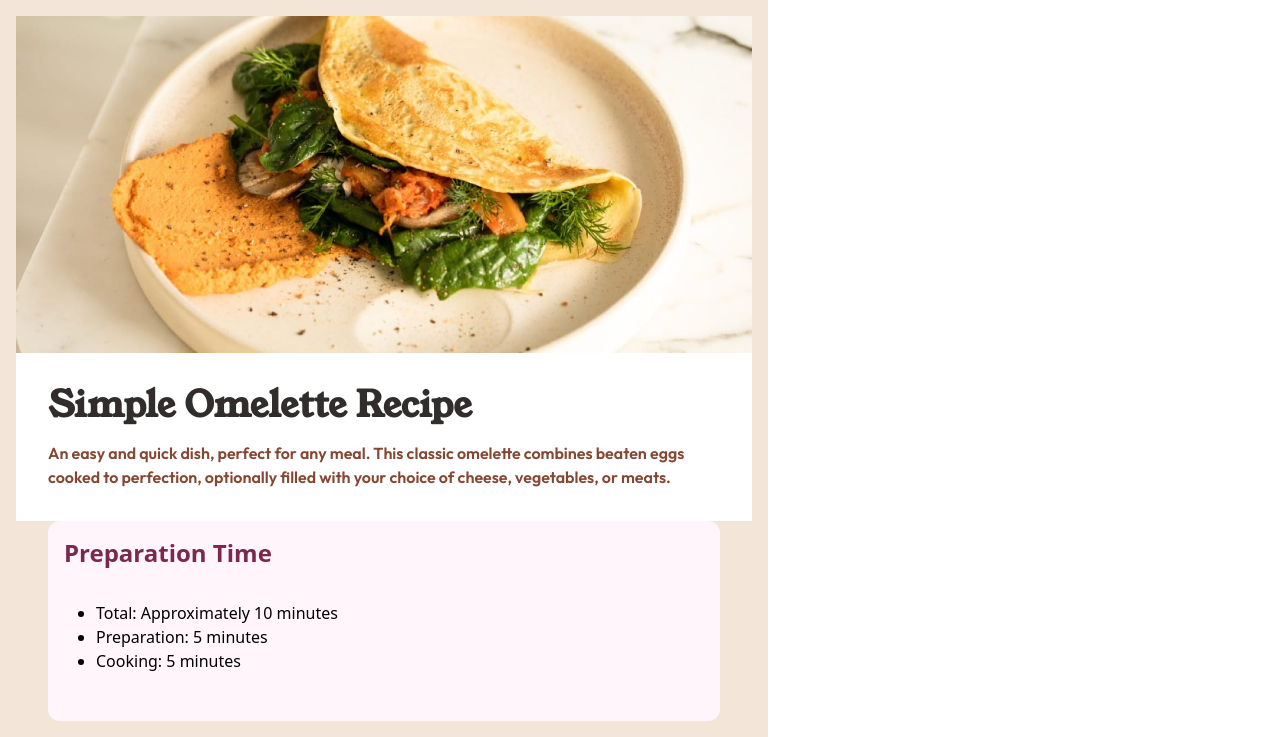
Repository: nivrii/recipe-page-main
Page: /
An editor plug-in stored every save of this project. The page is shown before and after the next save, followed by the edit.
The browser window is 1280 px wide. The pictures show the whole page.
The project was rebuilt for these pictures with package versions that can differ from the ones it lists, and the page was loaded fresh each time. Also part of the build but not shown: vite.config.js, src/index.css.

Above is the page before, as saved 2024-03-23 14:34:07.

### src/App.jsx
import "./App.css";
import omelette from "./assets/images/image-omelette.jpeg";

function App() {
  return (
    <div className="container flex flex-col md:p-4 md:bg-eggshell w-screen min-h-max">
      <div>
        <img src={omelette} alt="omelette" className="w-screen md:w-auto" />
      </div>
      <div className="bg-white p-8">
        <h1 className="text-left text-darkCharcoal text-4xl font-bold font-young">
          Simple Omelette Recipe
        </h1>
        <p className="text-left font-outfit text-nutmeg mt-4 font-semibold">
          An easy and quick dish, perfect for any meal. This classic omelette
          combines beaten eggs cooked to perfection, optionally filled with your
          choice of cheese, vegetables, or meats.
        </p>
      </div>
      <div className="bg-roseWhite p-4 mx-8 rounded-xl">
        <h1 className="text-left text-darkRaspberry text-2xl font-bold">
          Preparation Time
        </h1>
        <ul className="list-disc p-8">
          <li><span>Total:</span> Approximately 10 minutes</li>
          <li><span>Preparation:</span> 5 minutes</li>
          <li><span>Cooking:</span> 5 minutes</li>
        </ul>
      </div>
    </div>
  );
}

export default App;

### src/App.css
@import url("https://fonts.googleapis.com/css2?family=Young+Serif&display=swap");

@import url("https://fonts.googleapis.com/css2?family=Outfit:wght@100..900&display=swap");

@import "tailwindcss/base";
@import "tailwindcss/components";
@import "tailwindcss/utilities";

### tailwind.config.js
/** @type {import('tailwindcss').Config} */
export default {
  content: ["./index.html", "./src/**/*.{js,ts,jsx,tsx}"],
  theme: {
    screens: {
      'sm': '375px',
      'md': '768px',
      'lg': '1440px',
      'xl': '1920px',
    },
    extend: {
      fontFamily: {
        outfit: ["Outfit", "sans-serif"],
        young: ["Young Serif", "serif"],
      },
      colors: {
        roseWhite: "hsl(330, 100%, 98%)",
        white: "hsl(0, 0%, 100%)",
        eggshell: "hsl(30, 54%, 90%)",
        lightGrey: "hsl(30, 18%, 87%)",
        wengeBrown: "hsl(30, 10%, 34%)",
        darkCharcoal: "hsl(24, 5%, 18%)",
        nutmeg: "hsl(14, 45%, 36%)",
        darkRaspberry: "hsl(332, 51%, 32%)",
      },
    },
  },
  plugins: [],
};

Loaded but not shown: index.html (common file); src/main.jsx (common file)

After the next save:
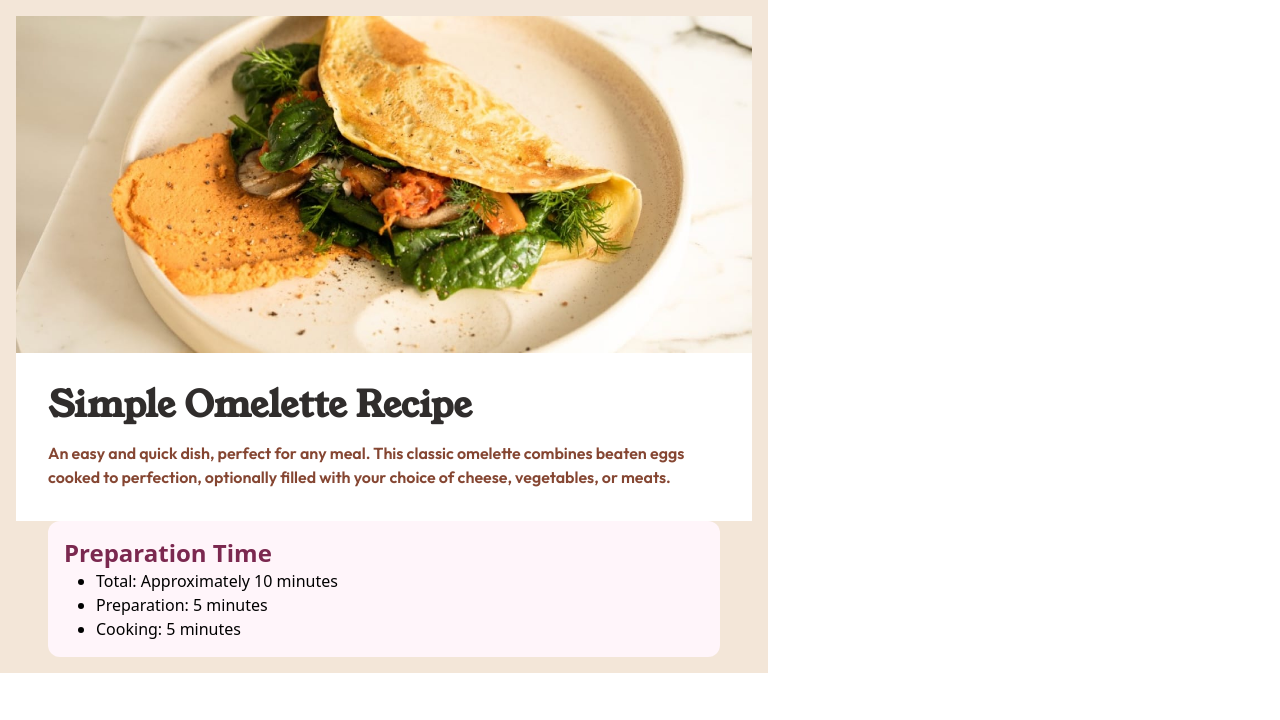
Saved 9 s later.
--- a/src/App.jsx
+++ b/src/App.jsx
@@ -21,7 +21,7 @@ function App() {
         <h1 className="text-left text-darkRaspberry text-2xl font-bold">
           Preparation Time
         </h1>
-        <ul className="list-disc p-8">
+        <ul className="list-disc px-8">
           <li><span>Total:</span> Approximately 10 minutes</li>
           <li><span>Preparation:</span> 5 minutes</li>
           <li><span>Cooking:</span> 5 minutes</li>
